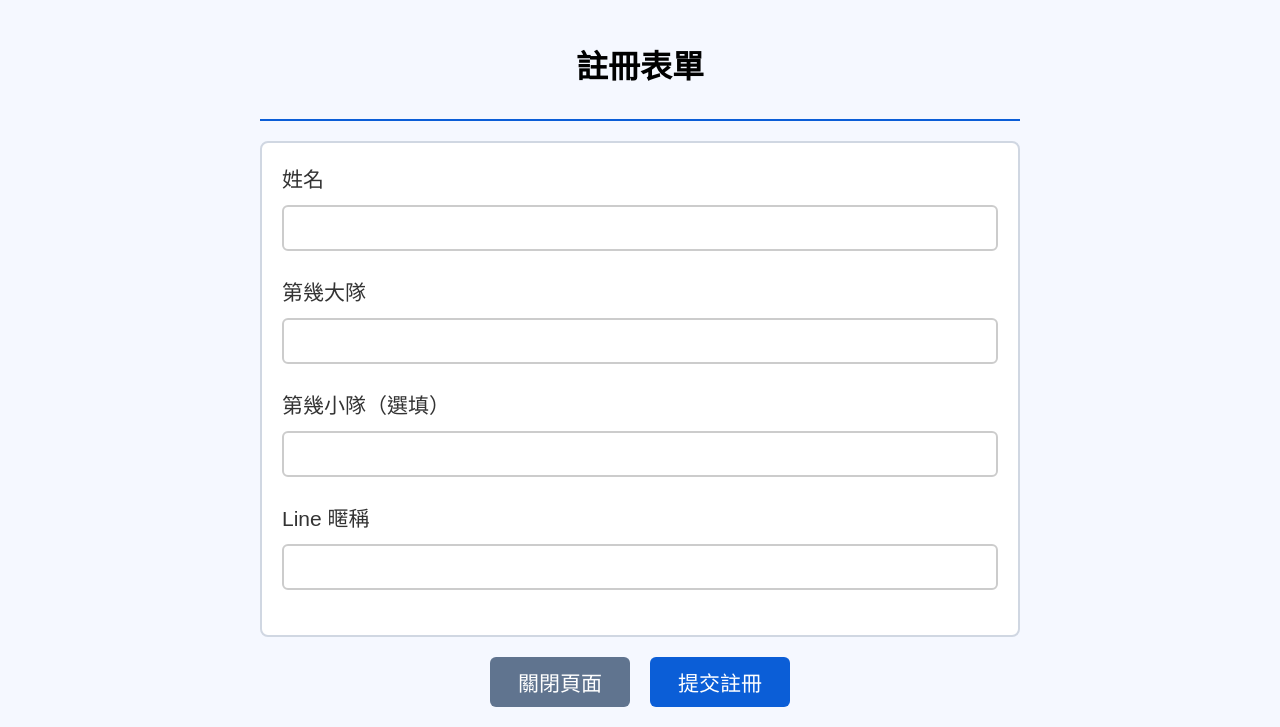
Repository: mommygoose40/register
Page: index.html
The author's editor kept a copy of each file at every save. The page is drawn from the files as they stood at one save, then again after the next save.
The browser window is 1280 px wide. The pictures show the whole page.

Above is the page before, as saved 2025-11-11 17:04:41.

### index.html
<!DOCTYPE html>
<html lang="zh-TW">
<head>
  <meta charset="UTF-8">
  <meta name="viewport" content="width=device-width, initial-scale=1.0">
  <title>防汛志工註冊表單</title>
  <style>
    /* === 基本排版設定 === */
    body {
      font-family: Arial, sans-serif;
      background-color: #f5f8ff;  /* 背景顏色 */
      color: #000;                /* 文字顏色 */
      margin: 0;
      padding: 0;
    }

    /* 內容區域的最大寬度 */
    .container {
      max-width: 800px;
      margin: 0 auto;   /* 居中 */
      padding: 20px;
      box-sizing: border-box;
    }

    /* 頁面標題樣式 */
    .header {
      text-align: center;
      color: #000;
      border-bottom: 2px solid #0b5ed7; /* 底部藍色邊框 */
      padding-bottom: 10px;
      margin-bottom: 20px;
    }

    /* 表單區塊樣式 */
    .form-section {
      background: white;
      border-radius: 8px;
      border: 2px solid #d0d7e2;  /* 輕灰色邊框 */
      padding: 20px;
      margin-bottom: 20px;
      box-sizing: border-box;
    }

    /* 表單欄位組 */
    .form-field {
      margin-bottom: 25px; /* 增加欄位間距 */
    }

    /* 輸入框的樣式 */
    label {
      font-size: 21px;  /* 文字大小與異常類型選項一致 */
      color: #333;
      margin-bottom: 12px; /* 增加標籤與輸入框間距 */
      display: block; /* 改為block讓標籤單獨一行 */
    }

    input[type="text"],
    input[type="number"] {
      padding: 12px;
      width: 100%;  /* 確保輸入框寬度100% */
      max-width: 100%;  /* 限制最大寬度 */
      border: 2px solid #ccc;
      border-radius: 6px;
      font-size: 16px;
      box-sizing: border-box; /* 確保padding和border包含在寬度內 */
    }

    /* 按鈕樣式 */
    .ui-btn {
      display: inline-flex;
      align-items: center;
      justify-content: center;
      padding: 12px 24px;        /* 統一的按鈕間距 */
      background: #60748f;       /* 灰色背景 */
      color: #fff;               /* 文字顏色 */
      border: none;              /* 去除邊框 */
      border-radius: 6px;        /* 圓角設計 */
      font-size: 21px;           /* 字體大小 */
      cursor: pointer;
      min-width: 140px;          /* 確保兩個按鈕寬度一致 */
      height: 50px;              /* 固定高度 */
      box-sizing: border-box;    /* 確保padding包含在寬度內 */
      vertical-align: top;       /* 確保頂部對齊 */
    }

    .ui-btn:active {
      filter: brightness(0.7);  /* 按鈕被按下時的亮度變暗效果 */
    }

    /* 提交按鈕 */
    .submit-btn {
      background: #0b5ed7;       /* 藍色背景 */
      font-size: 21px;           /* 字體大小 */
      color: white;
      padding: 12px 24px;        /* 統一的按鈕間距 */
      border-radius: 6px;
      cursor: pointer;
      border: none;              /* 去除邊框 */
      min-width: 140px;          /* 確保兩個按鈕寬度一致 */
      height: 50px;              /* 固定高度 */
      box-sizing: border-box;    /* 確保padding包含在寬度內 */
      display: inline-flex;
      align-items: center;
      justify-content: center;
      vertical-align: top;       /* 確保頂部對齊 */
    }

    .submit-btn:hover {
      background: #0a4a91;
    }

    /* 按鈕區域 */
    .button-group {
      display: flex;
      justify-content: center;  /* 置中按鈕 */
      gap: 20px;
      margin-top: 10px;  /* 保持間距 */
      align-items: flex-start; /* 確保按鈕頂部對齊 */
    }

    /* 去除按鈕陰影 */
    .ui-btn, .submit-btn {
      box-shadow: none;
    }

  </style>
</head>

<body>
  <div class="container">
    <div class="header">
      <h1>註冊表單</h1>
    </div>

    <div class="form-section">
      <div class="form-field">
        <label for="name">姓名</label>
        <input type="text" id="name" name="name" required>
      </div>

      <div class="form-field">
        <label for="division">第幾大隊</label>
        <input type="number" id="division" name="division" required>
      </div>

      <div class="form-field">
        <label for="team">第幾小隊（選填）</label>
        <input type="number" id="team" name="team">
      </div>

      <div class="form-field">
        <label for="lineName">Line 暱稱</label>
        <input type="text" id="lineName" name="lineName" required>
      </div>
    </div>

    <!-- 按鈕區域 -->
    <div class="button-group">
      <button class="ui-btn" onclick="window.close()">關閉頁面</button>
      <button class="submit-btn" type="submit" onclick="submitForm()">提交註冊</button>
    </div>
  </div>

  <script>
    function submitForm() {
      const name = document.getElementById('name').value;
      const division = document.getElementById('division').value;
      const team = document.getElementById('team').value;
      const lineName = document.getElementById('lineName').value;

      // 修正Line暱稱參數名稱，與GAS一致
      const url = `https://script.google.com/macros/s/AKfycbzhfDTfRusiKLmzM-y1mc-JrTj3jhd3k17QxInsjl-_P8O1MNzAdgyI9zkbIhBF7bMT/exec?姓名=${encodeURIComponent(name)}&大隊=${encodeURIComponent(division)}&小隊=${encodeURIComponent(team)}&Line暱稱=${encodeURIComponent(lineName)}`;

      fetch(url)
        .then(response => response.json())
        .then(data => {
          if (data.status === 'success') {
            showMessage('提交成功！註冊結果請等候管理員確認');
          } else {
            showMessage('提交失敗，請稍後再試');
          }
        })
        .catch(error => {
          console.error('Error:', error);
          showMessage('提交失敗，請稍後再試');
        });
    }

    function showMessage(text, onConfirm) {
      document.getElementById("customModal")?.remove();
      const overlay = document.createElement("div");
      overlay.id = "customModal";
      Object.assign(overlay.style, {
        position: "fixed",
        inset: "0",
        background: "rgba(0,0,0,0.6)",
        display: "flex",
        alignItems: "center",
        justifyContent: "center",
        zIndex: "9999",
      });
      const box = document.createElement("div");
      Object.assign(box.style, {
        background: "#fff",
        color: "#000",
        borderRadius: "12px",
        padding: "30px 40px",
        fontSize: "22px",
        textAlign: "center",
        maxWidth: "80%",
        boxShadow: "0 4px 20px rgba(0,0,0,0.3)",
      });
      box.innerHTML = text;

      const btn = document.createElement("button");
      btn.textContent = "確定";
      Object.assign(btn.style, {
        marginTop: "24px",
        fontSize: "20px",
        padding: "10px 28px",
        borderRadius: "8px",
        border: "none",
        background: "#0b5ed7",
        color: "#fff",
      });

      btn.onclick = () => {
        overlay.remove();
        requestAnimationFrame(() => {
          requestAnimationFrame(() => {
            if (typeof onConfirm === "function") onConfirm();
          });
        });
      };

      box.appendChild(document.createElement("br"));
      box.appendChild(btn);
      overlay.appendChild(box);
      document.body.appendChild(overlay);
    }
  </script>
</body>
</html>

After the next save:
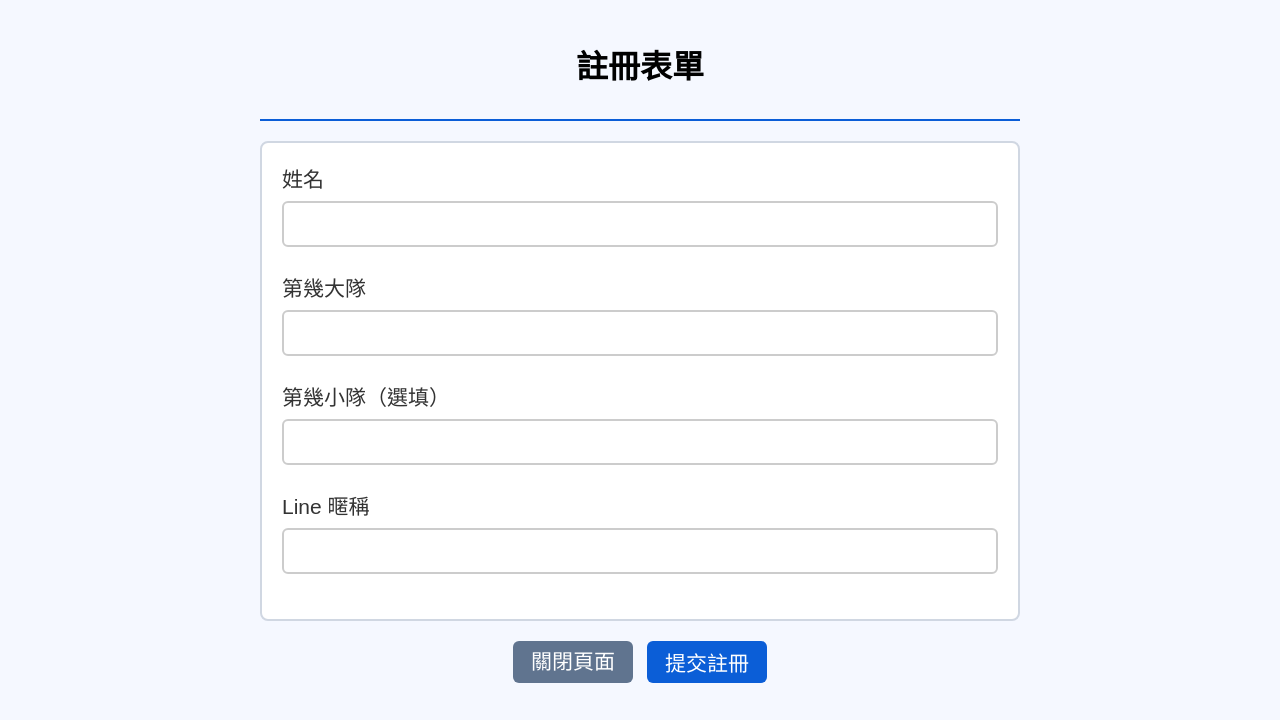
Saved 8 min 2 s later.
--- a/index.html
+++ b/index.html
@@ -41,17 +41,12 @@
       box-sizing: border-box;
     }
 
-    /* 表單欄位組 */
-    .form-field {
-      margin-bottom: 25px; /* 增加欄位間距 */
-    }
-
     /* 輸入框的樣式 */
     label {
-      font-size: 21px;  /* 文字大小與異常類型選項一致 */
+      font-size: 21px;  /* 文字大小 */
       color: #333;
-      margin-bottom: 12px; /* 增加標籤與輸入框間距 */
-      display: block; /* 改為block讓標籤單獨一行 */
+      margin-bottom: 8px;
+      display: inline-block;
     }
 
     input[type="text"],
@@ -62,29 +57,44 @@
       border: 2px solid #ccc;
       border-radius: 6px;
       font-size: 16px;
+      margin-bottom: 10px;
       box-sizing: border-box; /* 確保padding和border包含在寬度內 */
     }
 
-    /* 按鈕樣式 */
+    /* === 按鈕樣式統一設定 === */
     .ui-btn {
       display: inline-flex;
       align-items: center;
       justify-content: center;
-      padding: 12px 24px;        /* 統一的按鈕間距 */
-      background: #60748f;       /* 灰色背景 */
-      color: #fff;               /* 文字顏色 */
-      border: none;              /* 去除邊框 */
-      border-radius: 6px;        /* 圓角設計 */
-      font-size: 21px;           /* 字體大小 */
+      padding: 8px 16px;          /* 較小的內距 */
+      background: #0b5ed7;        /* 按鈕背景顏色 */
+      color: #fff;                /* 文字顏色 */
+      border: none;               /* 去除邊框 */
+      border-radius: 6px;         /* 圓角設計 */
+      font-size: 21px;            /* 字體大小 */
+      line-height: 1.2;           /* 行高設置 */
+      text-align: center;         /* 文字居中 */
       cursor: pointer;
-      min-width: 140px;          /* 確保兩個按鈕寬度一致 */
-      height: 50px;              /* 固定高度 */
-      box-sizing: border-box;    /* 確保padding包含在寬度內 */
-      vertical-align: top;       /* 確保頂部對齊 */
-    }
-
+      font-weight: normal;        /* 字體不用粗體 */
+      min-width: 120px;           /* 確保按鈕寬度一致 */
+      height: 42px;               /* 固定高度 */
+      box-sizing: border-box;     /* 保證邊框和內邊距不會影響尺寸計算 */
+
+      /* 用於觸控設備的優化 */
+      -webkit-tap-highlight-color: transparent;
+      -webkit-user-select: none;  /* 禁止文字選擇 */
+      user-select: none;          /* 禁止文字選擇 */
+      font-family: inherit;
+    }
+
+    /* 按鈕的互動效果 */
     .ui-btn:active {
       filter: brightness(0.7);  /* 按鈕被按下時的亮度變暗效果 */
+    }
+
+    /* 灰色型 */
+    .ui-btn.gray {
+      background: #60748f;
     }
 
     /* 提交按鈕 */
@@ -92,17 +102,17 @@
       background: #0b5ed7;       /* 藍色背景 */
       font-size: 21px;           /* 字體大小 */
       color: white;
-      padding: 12px 24px;        /* 統一的按鈕間距 */
+      padding: 8px 16px;         /* 較小的內距 */
       border-radius: 6px;
       cursor: pointer;
       border: none;              /* 去除邊框 */
-      min-width: 140px;          /* 確保兩個按鈕寬度一致 */
-      height: 50px;              /* 固定高度 */
+      min-width: 120px;          /* 確保按鈕寬度一致 */
+      height: 42px;              /* 固定高度 */
       box-sizing: border-box;    /* 確保padding包含在寬度內 */
       display: inline-flex;
       align-items: center;
       justify-content: center;
-      vertical-align: top;       /* 確保頂部對齊 */
+      font-weight: normal;       /* 字體不用粗體 */
     }
 
     .submit-btn:hover {
@@ -113,14 +123,19 @@
     .button-group {
       display: flex;
       justify-content: center;  /* 置中按鈕 */
-      gap: 20px;
-      margin-top: 10px;  /* 保持間距 */
-      align-items: flex-start; /* 確保按鈕頂部對齊 */
+      gap: 14px;               /* 較小的間距 */
+      margin-top: 10px;
+      align-items: center;      /* 垂直置中 */
     }
 
     /* 去除按鈕陰影 */
     .ui-btn, .submit-btn {
       box-shadow: none;
+    }
+
+    /* 表單欄位組 - 緊密間距 */
+    .form-field {
+      margin-bottom: 15px; /* 較緊密的欄位間距 */
     }
 
   </style>
@@ -156,7 +171,7 @@
 
     <!-- 按鈕區域 -->
     <div class="button-group">
-      <button class="ui-btn" onclick="window.close()">關閉頁面</button>
+      <button class="ui-btn gray" onclick="window.close()">關閉頁面</button>
       <button class="submit-btn" type="submit" onclick="submitForm()">提交註冊</button>
     </div>
   </div>
@@ -217,11 +232,12 @@
       Object.assign(btn.style, {
         marginTop: "24px",
         fontSize: "20px",
-        padding: "10px 28px",
-        borderRadius: "8px",
+        padding: "8px 24px",
+        borderRadius: "6px",
         border: "none",
         background: "#0b5ed7",
         color: "#fff",
+        fontFamily: "Arial, sans-serif",
       });
 
       btn.onclick = () => {
